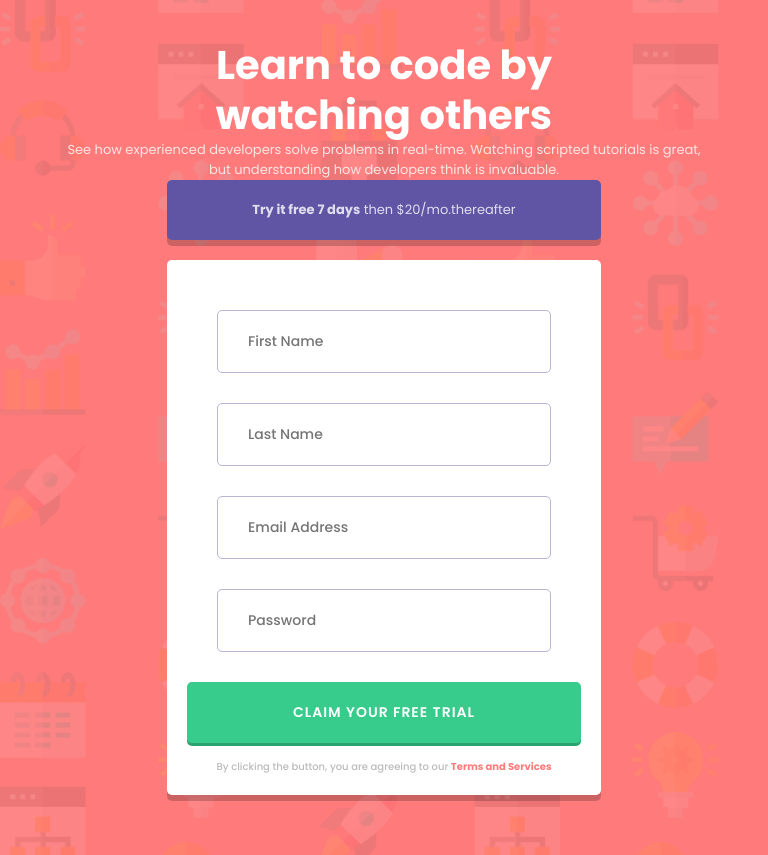
Repository: Akashiii1/WebSignup_Form_Day2
Page: index.html
The author's editor kept a copy of each file at every save. The page is drawn from the files as they stood at one save, then again after the next save.
The browser window is 768 px wide. The pictures show the whole page.

Above is the page before, as saved 2021-12-19 18:16:30.

After the next save:
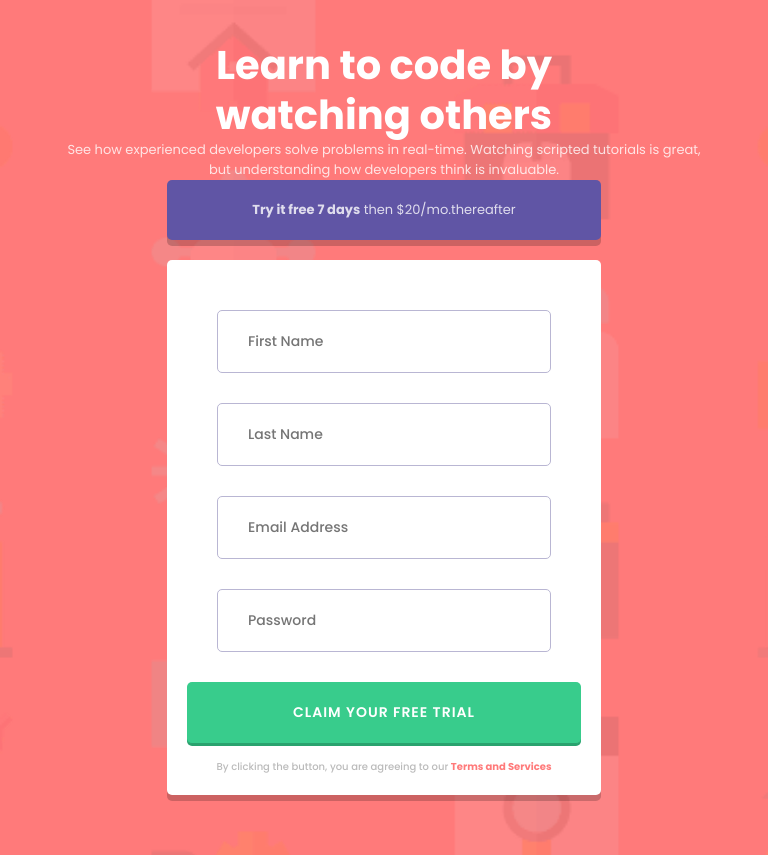
Saved 22 s later.
--- a/style.css
+++ b/style.css
@@ -173,4 +173,7 @@ small a{
   .container{
     flex-direction: column;
   }
+  body{
+    background-image: url(images/bg-intro-mobile.png);
+  }
 }
